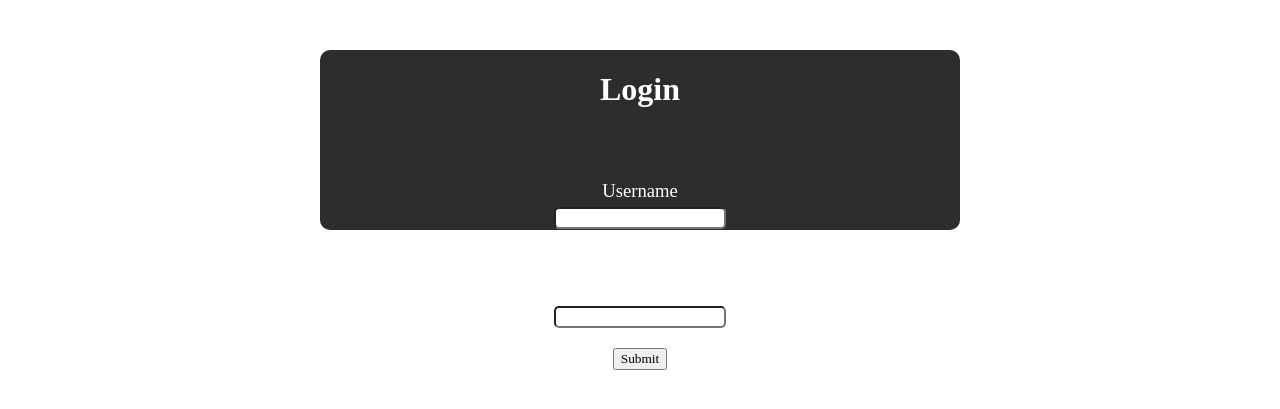
Repository: rdf004/playfab_blackjack
Page: /
These files come from the project's save history. The page is drawn as it stood at one moment and after the next save; the edit follows.
The browser window is 1280 px wide. The pictures show the whole page.
Some web fonts or font styles are not loaded; a fallback is used. The project was rebuilt for these pictures with package versions that can differ from the ones it lists, and the page was loaded fresh each time. Also part of the build but not shown: src/Components/App.js.

Above is the page before, as saved 2020-05-07 20:29:37.

### src/index.js
import React from 'react';
import ReactDOM from 'react-dom';
import './Style/style.css';
import App from './Components/App';
import Login from './Components/Login';
import * as serviceWorker from './serviceWorker';

ReactDOM.render(
  <React.StrictMode>
    <Login />
  </React.StrictMode>,
  document.getElementById('root')
);

// If you want your app to work offline and load faster, you can change
// unregister() to register() below. Note this comes with some pitfalls.
// Learn more about service workers: https://bit.ly/CRA-PWA
serviceWorker.unregister();

### src/Style/style.css
.login-page {

}

.login-div {
    background-color: #2D2D2D;
    width: 50vw;
    height: 25vh;
    display: grid;
    text-align: center;
    grid-template-columns: 100%;
    margin: auto;
    margin-top: 50px;

    border-radius: 10px;
}

.form-div {
    margin-top: 50px;
}

.login-form {
    margin: auto;
}

.login-item {
    margin: auto;
    color: white;
}

.login-button {
    margin: 20px auto;
}

.login-input {
    border-radius: 5px;
}

.login-field {
    margin: 5px;
    font-size: 14pt;
}

.login-title {
    color: white;
    font-size: 2rem;
}


html, body {
    margin:0;
    padding:0;
    width:100%;
    height:100%;
    overflow: auto;
}

@font-face {
    font-family: "San Francisco";
    font-weight: 400;
    src: url("https://applesocial.s3.amazonaws.com/assets/styles/fonts/sanfrancisco/sanfranciscodisplay-regular-webfont.woff");
}

* {
    font-family: "San Francisco";
}

### src/Components/Login.js
import React from 'react';
import '../Style/style.css';

class Login extends React.Component {

    render() {
        return(
            <div className="login-page">
                <div className="login-div">
                    <div>
                        <h1 className="login-title">Login</h1>
                    </div>
                    <form className="login-form">
                        <div className="form-div">
                            <label className="login-item">
                                <p className="login-field">Username</p>
                                <input className="login-input" type="text" name="username" />
                            </label>
                        </div>
                        <div className="form-div">
                            <label className="login-item">
                                <p className="login-field">Password</p>
                                <input className="login-input" type="text" name="password" />
                            </label>
                        </div>
                        <input className="login-button" type="submit" value="Submit" />
                    </form>
                </div>
            </div>
        );
    }

}

export default Login;

Loaded but not shown: public/index.html (common file); src/serviceWorker.js (common file)

After the next save:
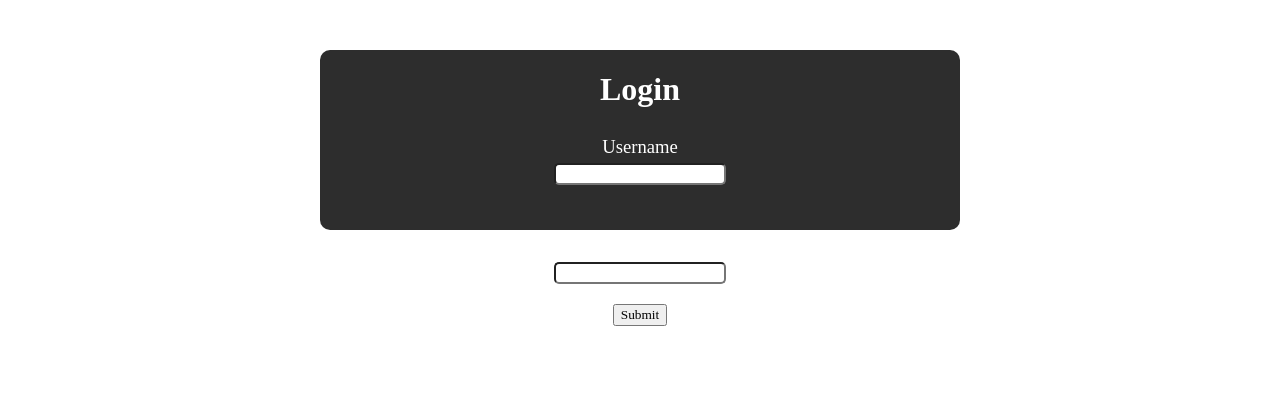
Saved 36 s later.
--- a/src/Style/style.css
+++ b/src/Style/style.css
@@ -9,6 +9,7 @@
     display: grid;
     text-align: center;
     grid-template-columns: 100%;
+    grid-template-rows: 20% 80%;
     margin: auto;
     margin-top: 50px;
 
